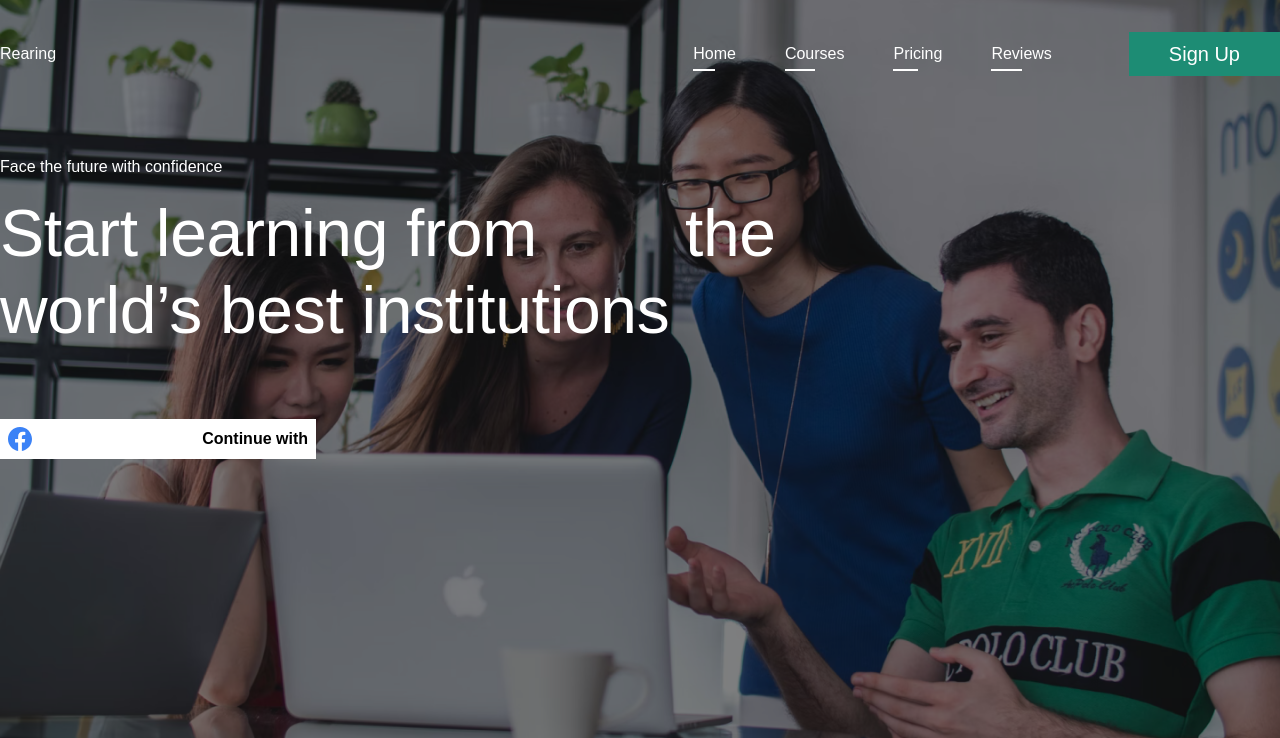
Repository: vandangnhathung/educationplatform
Page: /
An editor plug-in stored every save of this project. The page is shown before and after the next save, followed by the edit.
The browser window is 1280 px wide. The pictures show the whole page.
The project was rebuilt for these pictures with package versions that can differ from the ones it lists, and the page was loaded fresh each time.

Above is the page before, as saved 2022-06-20 23:26:53.

### src/index.js
import React from "react";
import ReactDOM from "react-dom/client";
import App from "./App";
import reportWebVitals from "./reportWebVitals";
import "./index.css";
const root = ReactDOM.createRoot(document.getElementById("root"));
root.render(
  <React.StrictMode>
    <App />
  </React.StrictMode>
);

// If you want to start measuring performance in your app, pass a function
// to log results (for example: reportWebVitals(console.log))
// or send to an analytics endpoint. Learn more: https://bit.ly/CRA-vitals
reportWebVitals();

### src/App.js
import Header from "./components/Header";

function App() {
  return (
    <>
      <Header></Header>
    </>
  );
}

export default App;

### src/index.css
@tailwind base;
@tailwind components;
@tailwind utilities;
@import url("https://fonts.googleapis.com/css2?family=Urbanist:wght@100;200;300;400;500;600;700;800&display=swap");
*,
*::before,
*::after {
  box-sizing: border-box;
}
* {
  margin: 0;
  padding: 0;
}

html,
body {
  height: 100%;
}
body {
  line-height: 1.5;
  font-family: "Urbanist", sans-serif;
}

img,
picture,
video,
canvas,
svg {
  display: block;
  max-width: 100%;
}
input,
button,
textarea,
select {
  font: inherit;
  outline: none;
}
p,
h1,
h2,
h3,
h4,
h5,
h6 {
  overflow-wrap: break-word;
}

.container {
  max-width: 1280px;
  margin: 0 auto;
  width: 100%;
}

.active {
  position: relative;
}

.active::before {
  content: "";
  display: block;
  position: absolute;
  bottom: -5px;
  width: 50%;
  padding: 1px;
  left: 0;
  background-color: #fff;
}

### src/components/Header.js
import React, { useEffect } from "react";
import headerImg from "../images/Images.png";
import SignInSocial from "./button/SignInSocial";
const Header = () => {
  const headerNav = [
    {
      id: 1,
      title: "Home",
    },
    {
      id: 2,
      title: "Courses",
    },
    {
      id: 3,
      title: "Pricing",
    },
    {
      id: 4,
      title: "Reviews",
    },
  ];
  return (
    <header>
      <div className="relative">
        <img src={headerImg} alt="header_img" className="w-full" />
        <div className="absolute inset-0 bg-black opacity-50"></div>
        <div class="absolute top-0  left-0 right-0 ">
          <div class="container">
            <div className="pt-8 mb-[79px] header-top text-white flex items-center justify-between">
              <h1 className="">Rearing</h1>
              <div className="flex items-center">
                <nav className="mr-[77px]">
                  <ul className="flex items-center  gap-x-[49px] ">
                    {headerNav.map((item) => (
                      <li className="active cursor-pointer" key={item.id}>
                        {item.title}
                      </li>
                    ))}
                  </ul>
                </nav>
                <button className="py-2 px-10 bg-[#1D8C74] text-white text-xl ">
                  Sign Up
                </button>
              </div>
            </div>

            <div className="slogan text-white mb-[70px]">
              <h3 className="text-base mb-4">
                Face the future with confidence
              </h3>
              <h1 className="desc max-w-[777px] text-[66px] leading-[77px] w-full tracking-[-0.02rem] font-medium">
                Start learning from{" "}
                <span className="inline-block mr-28 "></span>{" "}
                <p className="inline-block">the</p> world’s best institutions
              </h1>
            </div>

            <div className="signup">
              <SignInSocial></SignInSocial>
            </div>
          </div>
        </div>
      </div>
    </header>
  );
};

export default Header;

### src/components/button/SignInSocial.js
import React from "react";
import styled from "styled-components";
import { BsFacebook } from "react-icons/bs";

const SignInSocialStyles = styled.div`
  display: flex;
  justify-content: space-between;
  align-items: center;
  padding: 8px;
  background-color: #fff;
  max-width: 316px;
  width: 100%;
  font-size: 16px;
  font-weight: 600;
  text-align: center;
`;
const SignInSocial = ({ name = "", icon = <BsFacebook></BsFacebook> }) => {
  return (
    <SignInSocialStyles>
      <span className="inline-block text-blue-500 text-2xl">{icon}</span>
      <p className="">Continue with {name}</p>
    </SignInSocialStyles>
  );
};

export default SignInSocial;

Loaded but not shown: public/index.html (common file); src/reportWebVitals.js (common file); tailwind.config.js (common file)

After the next save:
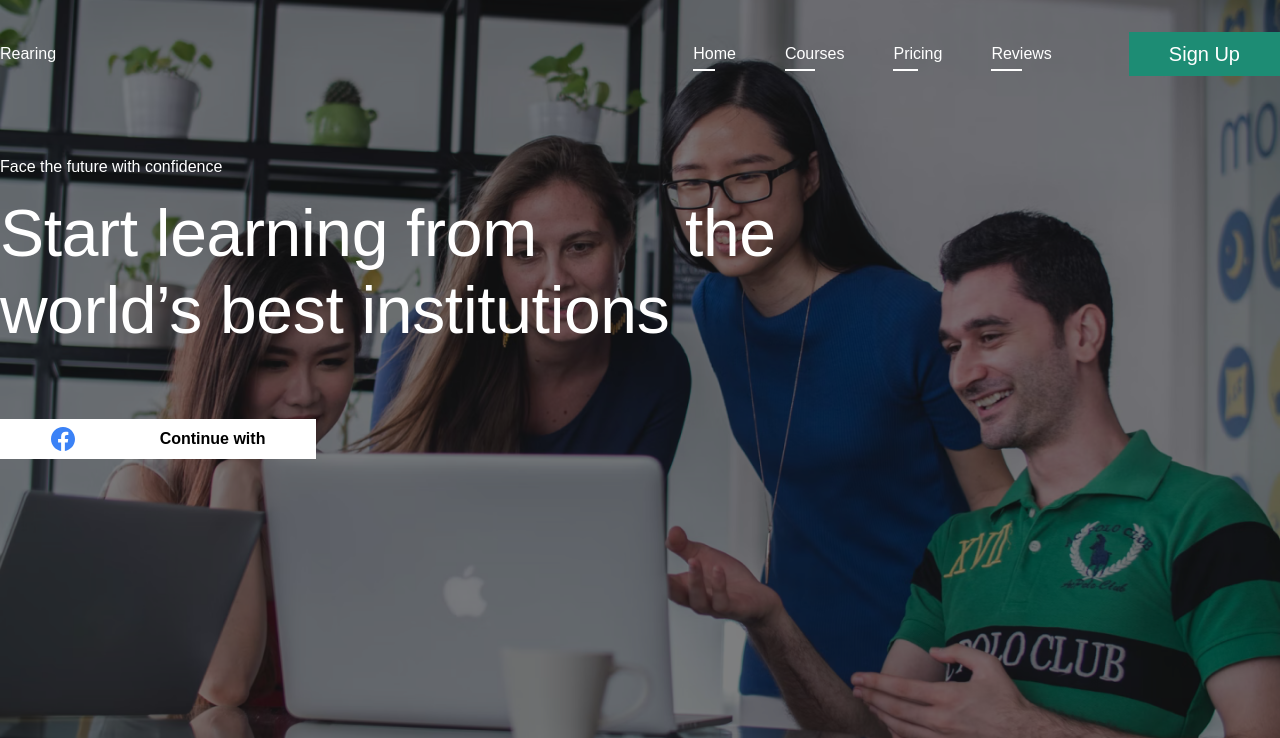
Saved 12 s later.
--- a/src/components/button/SignInSocial.js
+++ b/src/components/button/SignInSocial.js
@@ -4,7 +4,7 @@ import { BsFacebook } from "react-icons/bs";
 
 const SignInSocialStyles = styled.div`
   display: flex;
-  justify-content: space-between;
+  justify-content: space-around;
   align-items: center;
   padding: 8px;
   background-color: #fff;
@@ -12,7 +12,6 @@ const SignInSocialStyles = styled.div`
   width: 100%;
   font-size: 16px;
   font-weight: 600;
-  text-align: center;
 `;
 const SignInSocial = ({ name = "", icon = <BsFacebook></BsFacebook> }) => {
   return (
